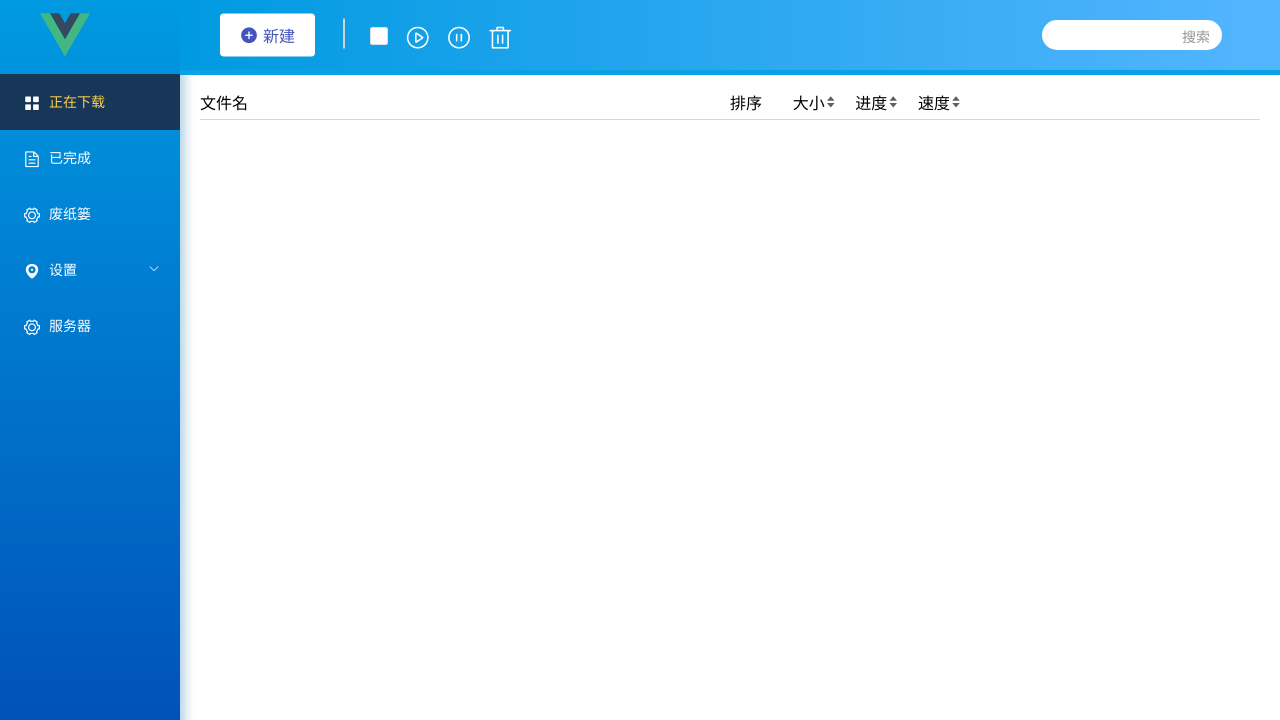
Repository: Ahui-qn/Aria2
Page: /
These files come from the project's save history. The page is drawn as it stood at one moment and after the next save; the edit follows.
The browser window is 1280 px wide. The pictures show the whole page.
The page's requests for data from a server got no answer. The project was rebuilt for these pictures with package versions that can differ from the ones it lists, and the page was loaded fresh each time. No one was signed in, and anything a server would have sent is missing. Also part of the build but not shown: src/components/Tables.vue.

Above is the page before, as saved 2021-11-03 11:32:12.

### src/main.js
import Vue from "vue";
import App from "./App.vue";
import router from "./router";
import store from "./store";
import Aria2Client from "./aria2-client.js"
import ElementUI from 'element-ui'
import 'element-ui/lib/theme-chalk/index.css'
import './assets/global.css'

Vue.use(ElementUI)


Vue.config.productionTip = false;

window.aria3 = new Aria2Client({
                    host: 'localhost',
                    port: 6800,
                    secret: '123456',
                })


new Vue({
  router,
  store,
  render: (h) => h(App),
}).$mount("#app");

### src/App.vue
<style lang="less" scopen>
* {
    margin: 0;
    padding: 0;
    box-sizing: border-box;
}
#app {
    display: flex;
    height: 100%;
     .el {
         height: 100%;
        .outmost-menu {
            border: none;
            width: 180px;
            height: 100%;
            box-shadow:5px 10px 10px 0px #0069994c;
            background-image:linear-gradient(#009ae1, #0052b9);
            padding-top: 10px;
            i {
                color: white;
            }
            .frist {
                margin-top: 14px;
            }
            img {
                display: block;
                width: 50px;
                margin-left: 40px;
            }
            .el-submenu {
                .el-menu {
                    background-color: #1c66ab;
                    .el-menu-item {
                        min-width: 0;
                    }
                    .el-menu-item:focus {   // 设置分组里focus颜色
                        background-color: #173658;
                    }
                    .el-menu-item-group__title {
                        display: none;
                    }
                }
            }
            .is-active {       //设置分组外层的focus颜色
                background-color: #173658;
            }
            .el-menu-item:hover {
                background-color: #173658;
            }

            .el-submenu__title:hover {
                background-color: #173658;
            }
        }
    }
    header {
        flex-grow: 1;
        nav {
            height: 70px;
            width: 100%;
            background-image:linear-gradient(to right, #009ae1, #54b5ff);
            position: relative;
            box-shadow:#09a2e9 0px 5px 0px 0px;
            .edit-status {
                height: 100%;
                padding-left:20px;
                .new {
                    margin-left: 20px;
                    background-color: #fff;
                    position: absolute;
                    color: #4355bd;
                    top: 50%;
                    transform: translateY(-50%);
                    border: none;
                    font-size: 16px;
                    a {
                        text-decoration:none;
                        color: #4355bd;
                    }
                    i {
                        font-size: 18px;
                    }
                }
                .new::after {
                    content: '';
                    height: 30px;
                    width: 2px;
                    background-color: rgb(210, 210, 210);
                    position: absolute;
                    top: 5px;
                    right: -30px;
                }
                .el-button-group::before {
                    content: none;
                }
                .el-button-group {
                    display: flex;
                    justify-content: space-between;
                    align-items: center;
                    padding: 0;
                    height: 50px;
                    width: 160px;
                    position: absolute;
                    left: 190px;
                    top:53%;
                    transform: translateY(-50%);
                    .el-checkbox__inner{
                        width: 18px;
                        height: 18px;
                    }
                    .el-checkbox__inner::after{
                        width: 7px;
                        height: 13px;
                        transform:rotate(42deg) scaleY(1) translate(-1px,-2px);
                    }

                    .el-button--primary {
                        border:none
                    }
                    .el-button{
                        background-color: rgba(255, 127, 80, 0);
                        border-radius: 0;
                        padding: 0;
                        i {
                            font-size: 25px;
                        }
                    }
                }
                label.search {
                    position: absolute;
                    top: 50%;
                    right: 50px;
                    transform: translateY(-50%);
                    span {
                        color: rgb(150, 150, 150);
                        position: absolute;
                        top: 6px;
                        right: 20px;
                        font-weight: 200;
                        font-size: 14px;
                    }
                    input {
                        width: 180px;
                        height: 30px;
                        border-radius: 999px;
                        border: none;
                        margin-right: 8px;
                        padding: 0 10px;
                    }
                }
            }
        }
    }
}
</style>

<template>
    <div id="app">
        <div class="el">
            <el-menu class="outmost-menu" text-color="#fff" active-text-color="#ffd04b" :router="true" :default-active="currentPath()">
                <img class="" src="./assets/logo.png" alt="" />
                <el-menu-item class="frist" index="/">
                    <i class="el-icon-menu"></i>
                    <span slot="title">正在下载</span>
                </el-menu-item>
                <el-menu-item index="/completed">
                    <i class="el-icon-document"></i>
                    <span slot="title">已完成</span>
                </el-menu-item>
                <el-menu-item index="/deleted">
                    <i class="el-icon-setting"></i>
                    <span slot="title">废纸篓</span>
                </el-menu-item>
                <el-submenu index="/settings">
                    <template slot="title">
                        <i class="el-icon-location"></i>
                        <span>设置</span>
                    </template>
                    <el-menu-item-group>
                        <el-menu-item index="/settings/basic">基础设置</el-menu-item>
                        <el-menu-item index="/settings/http">HTTP设置</el-menu-item>
                        <el-menu-item index="/settings/rpc">RPC设置</el-menu-item>
                        <el-menu-item index="/settings/advanced">高级设置</el-menu-item>
                    </el-menu-item-group>
                </el-submenu>
                <el-menu-item index="/server">
                    <i class="el-icon-setting"></i>
                    <span slot="title">服务器</span>
                </el-menu-item>
            </el-menu>
        </div>
        <header>
            <nav>
                <div class="edit-status">
                    <router-link to="/new">
                        <el-button type="primary" class="new" icon="el-icon-circle-plus">新建</el-button>
                    </router-link>
                    <el-button-group>
                        <el-checkbox @change="selectAll"></el-checkbox>   <!--全选按钮 ,拿取到当前组件的内容传递过去-->
                        <el-button type="primary" icon="el-icon-video-play" @click.native="editStatus('unpause')"></el-button>  <!--开始按钮-->
                        <el-button type="primary" icon="el-icon-video-pause" @click.native="editStatus('pause')"></el-button>  <!--暂停按钮-->
                        <el-button type="primary" icon="el-icon-delete" @click.native="editStatus('remove')"></el-button>   <!--删除按钮-->
                    </el-button-group>
                    <label class="search"><input type="text" /><span>搜索</span></label>
                </div>
            </nav>
            <router-view ></router-view>
        </header>
    </div>
</template>

<script>
import { mapMutations, mapActions } from 'vuex'

export default {
    name: 'App',
    data() {
        return {}
    },
    methods: {
         ...mapActions([
            'editStatus',
            ]),
        ...mapMutations([
            'selectAll',
            ]),
        currentPath() {
            return /\/\w*\/?/.exec(location.hash)[0]
        },
    },
}
</script>

### src/router/index.js
import Vue from 'vue'
import VueRouter from 'vue-router'
import Downloading from '../views/Downloading'

Vue.use(VueRouter)

const routes = [
    {
        path: '/',
        name: 'Downloading',
        component: Downloading,
    },
    {
        path: '/completed',
        name: 'Completed',
        component: () => import(/* webpackChunkName: "Completed" */ '../views/Completed.vue'),
    },
    {
        path: '/deleted',
        name: 'Deleted',
        component: () => import(/* webpackChunkName: "Deleted" */ '../views/Deleted.vue'),
    },
    {
        path: '/new',
        name: 'new',
        component: () => import(/* webpackChunkName: "newTask" */ '../views/NewTask.vue'),
    },
    {
        path: '/task/:gid',
        name: 'TaskDetails',
        component: () => import(/* webpackChunkName: "TaskDetails" */ '../views/TaskDetails.vue'),
    },
    {
        path: '/settings/:type',
        component: () => import(/* webpackChunkName: "setting" */ '../views/Setting.vue'),
    },

]

const router = new VueRouter({
    routes,
})

export default router

### src/store/index.js
import Vue from 'vue'
import Vuex from 'vuex'
import Aria2Client from '../aria2-client'
import { MessageBox } from 'element-ui';

Vue.use(Vuex)

export default new Vuex.Store({
    // strict: true,
    state: {
        tasks: [],    //正在下载任务列表，为多个对象
        search: '',   // 搜索功能输入的内容
        completeds: [],   // 已完成的task数据
        selected: [],
        aria2: new Aria2Client({
            host: 'localhost',
            port: 6800,
            secret: '123456',
        }),
    },
    getters: {
        showSearch(state) {   // 输入的内容匹配文件名字，搜索
            if (state.search == '') {
                return state.tasks
            }else {
                return state.tasks.filter(task => {
                    return task.files[0].path.toLowerCase().includes(state.search.toLowerCase())
                })
            }
        },
        getFileSize(state) {
            return function (task) {
                if (task.totalLength  > 1048576) {
                    return (task.totalLength / 1024 / 1024).toFixed(2) + ' MB'
                }else {
                    return (task.totalLength / 1024).toFixed(2) + ' KB'
                }
            }

        },
        getDownloadSpeed(state) {   // 当前下载速度
            return function (task) {
                if (task.status == 'paused') {
                    return '暂停中'
                }else if (task.status == 'waiting') {
                    return '等待中'
                }else  if (task.downloadSpeed == '0') {
                    return 0 + 'KB/s'
                }else if (task.downloadSpeed >= 1048576) {
                    return (task.downloadSpeed / 1024 / 1024).toFixed(2) + 'MB/s'
                }else {
                    return (task.downloadSpeed / 1024 ).toFixed(2) + 'KB/s'
                }

            }
        },
        getLinkName(state) {
            return function (task) {
                if (task.files?.[0].path) {  // 如果存在此文件
                    return task.files[0].path.split('/').at(-1) // path存在是一定有文件名的
                }else {
                    return task.files?.[0].uris?.[0].uri.split('/').at(-1) ?? '未知'
                }
            }
        },
        getProgress(state) {   // 当前下载进度，%显示
            return function (task) {
                if (task.completedLength == '0') {  // ???/等于000
                    return 0
                }else {
                    return Number((task.completedLength / task.totalLength * 100).toFixed(1))
                }
            }
        },
    },

    mutations: {
        selectedSwitch(state,task) {  // 切换选中selectedSwitch
                let idx = state.selected.indexOf(task.gid)
                if (idx == -1) {
                    state.selected.push(task.gid)  // 只传id
                }else {
                    state.selected.splice(idx, 1)
                }
        },
        selectAll (state) {    // 全部选择函数
            if (location.href.split('/').at(-1) == 'completed') { // 如果是在已完成页面
                if (state.selected.length == state.completeds.length) {
                    state.selected = []
                }else {
                    state.completeds.forEach((task) => {
                        state.selected.push(task.gid)
                    })
                }
            }else {  // 如果是在正在下载页面
                if (state.selected.length == state.tasks.length) {
                    state.selected = []  // 如果两个全都选中则清空数组
                }else {
                    state.tasks.forEach((task) => {
                        state.selected.push(task.gid)
                    })
                }
            }

        },
        handleSearchChange(state,e) {   // 搜索双向绑定
            state.search = e.target.value
        },
        updateList(state, tasks) {   // actions触发的task更新赋值函数
            state.tasks = tasks
        },
        editCompleteds(state, completeds) {
            state.completeds = completeds    // 将获取到的completeds赋值到新的completeds上
        }
    },

    actions: {
        async getCompletedName({commit,state}) {
            let completeds = [
                ...await state.aria2.tellStopped(0,1000)
            ]
            commit('editCompleteds', completeds)
        },
        async submit({state}, url) {
            await state.aria2.addUri([url])
       },
        async asyncUpdateList({ commit, state}) {     // Downloading组件页面每秒钟调用此函数更新数据
            let tasks = [
                ...await state.aria2.tellActive(),
                ...await state.aria2.tellWaiting(0,100)
            ]
            commit('updateList', tasks)
        },

        async editStatus({ state }, status) {   // 操作task删除、暂停、开始的操作
            if (status == 'remove') {
                try {
                   await MessageBox.confirm('确定删除？')   // element组件库的函数，返回一个promise
                }catch(e) {
                    return
                }
            }
            let selectedTask =  state.tasks.filter((task) => {
                return state.selected.includes(task.gid)
            })

            try {
                for (let task of selectedTask) {
                    if (task.status == 'active' && status == 'unpause') continue
                    if (task.status == 'pause' && status == 'pause') continue  // 如果不是这两个就是remove
                    await state.aria2[status](task.gid)   // 关与暂停、开始、删除操作都是传入gid
                    // 已删除的任务状态为removed，可以做已完成和已删除分类
            }
            } catch(e) {
                console.log('用element消息通知提示用户已暂停')
            }
            this.dispatch('asyncUpdateList')    // 调用上面的update更新状态
        },
    },

    modules: {},
})

### src/aria2-client.js
class Aria2Client {
    constructor(options) {
        this.options = options
        this.ws = new WebSocket(`ws://${options.host}:${options.port}/jsonrpc`)

        this.lastId = 1
        this.callbacks = {}  // 存储每个每次函数调用的回调函数

        this.connectPromise = new Promise((resolve, reject) => {  // 要么websocket处于连接成功状态，要么处于连接失败状态，正在连接中的话执行下面的forEach会报错
            this.ws.addEventListener('open', () => {
              resolve()
            })
            this.ws.addEventListener('error', (e) => {
              reject('WS_CONNECTION_ERROR')
            })
          })

        this.ws.addEventListener('message', (e) => {
            let data = JSON.parse(e.data)
            let callback = this.callbacks[data.id]  // 无论data是error还是result都带着此次会话id
            delete this.callbacks[data.id]
            if (typeof callback == 'function') {
                callback(data)
            }
        })
    }
}


   ;[
    "addUri",
    "addTorrent",
    "getPeers",
    "addMetalink",
    "remove",
    "pause",
    "forcePause",
    "pauseAll",
    "forcePauseAll",
    "unpause",
    "unpauseAll",
    "forceRemove",
    "changePosition",
    "tellStatus",
    "getUris",
    "getFiles",
    "getServers",
    "tellActive",
    "tellWaiting",
    "tellStopped",
    "getOption",
    "changeUri",
    "changeOption",
    "getGlobalOption",
    "changeGlobalOption",
    "purgeDownloadResult",
    "removeDownloadResult",
    "getVersion",
    "getSessionInfo",
    "shutdown",
    "forceShutdown",
    "getGlobalStat",
    "saveSession"
    ].forEach(methodName => {
        Aria2Client.prototype[methodName] = function (...args) {  // ...args为每个函数的 『 第一个参数之后 』的每个参数
            return this.connectPromise.then(() => {   //

                return new Promise((resolve, reject) => {
                    let id = this.lastId++
                    this.callbacks[id] = function (data) {  //ws.message事件触发调用callback说明data收到
                        if (data.error) {  // 如果data放回的是一个error说明出错
                            reject(data.error)
                        }else {
                            resolve(data.result)    //拿到结果，promise状态确定
                        }
                    }
                    this.ws.send(JSON.stringify({
                        jsonrpc : '2.0',
                        id : id,
                        method: 'aria2.' + methodName,
                        params: [`token:${this.options.secret}`, ...args]
                    }))
                })

            })
        }
    })




    export default Aria2Client

### src/assets/global.css
html, body {
    height: 100%;
    width: 100%;
}

### src/views/Downloading.vue
<style scoped lang="less">
</style>

<template>
    <div id="dowloading">
        <Header :isShowSpeed="true"/>
        <Tables
            v-for="(task) of showSearch"
            @click.native="selectedSwitch(task)"
            :key="task.gid"
            :filename="getLinkName(task)"
            :filesize="getFileSize(task)"
            :progress="getProgress(task)"
            :speed="getDownloadSpeed(task)"
            :selected="selected"
            :task="task"
        />
    </div>
</template>

<script>

import { mapState , mapMutations, mapGetters,  mapActions} from "vuex"
import Header from '../components/Header.vue'
import Tables from  "../components/Tables.vue"
export default {
    name:'downloading',
    data() {
        return {}
    },
    components: {
        Tables,
        Header,
    },
    mounted() {
        this.$store.dispatch('asyncUpdateList')
        this.IntervalId = setInterval(() => {
            this.$store.dispatch('asyncUpdateList')
        },1000)
    },

    beforeDestroy() {
        clearInterval(this.IntervalId)
    },
    computed : {
        ...mapState(['selected']),
        ...mapGetters([
            'showSearch',
            'getLinkName',
            'getProgress',
            'getDownloadSpeed',
            'getFileSize'
            ]),
    },
    methods :{
        ...mapActions(['editStatus']),
        ...mapMutations([   // 函数作用注释在store里
            'selectedSwitch',
            'selectAll',
            'updateList',
            'handleSearchChange',
            ]),
    },
}
</script>

### src/components/Header.vue
<style scoped lang="less">
    .classify {
        margin: 20px;
        font-size: 16px;
        position: relative;
        height: 30px;
        border-bottom: 1px rgba(198, 198, 198, 0.715) solid;
        div.container {
            position: absolute;
            top: 0;
            left: 50%;
            display: flex;
            width: 220px;
            justify-content: space-between;
            div {
                position: relative;
                i {
                    position: absolute;
                    font-size: 12px;
                    color: rgb(94, 94, 94);
                }
                i:nth-of-type(1) {
                    top: 3px;
                }
                i:nth-of-type(2) {
                    top: 9px;
                }
            }
        }
}
</style>
<template>
    <div>
        <header class="classify">
            <span>文件名</span>
            <div class="container">
                <p>排序</p>
                <div>
                    <span>大小</span>
                    <i class="el-icon-caret-top"></i>
                    <i class="el-icon-caret-bottom"></i>
                </div>
                <div>
                    <span>进度</span>
                    <i class="el-icon-caret-top"></i>
                    <i class="el-icon-caret-bottom"></i>
                </div>
                <div v-show="isShowSpeed">
                    <span>速度</span>
                     <i class="el-icon-caret-top"></i>
                     <i class="el-icon-caret-bottom"></i>
                </div>
            </div>
        </header>
    </div>
</template>
<script>
export default {
    name: 'Header',
    props: {
        isShowSpeed: {
            type: Boolean,
            required: false,
            default: true
        }
    }
}
</script>

Loaded but not shown: public/index.html (common file)

After the next save:
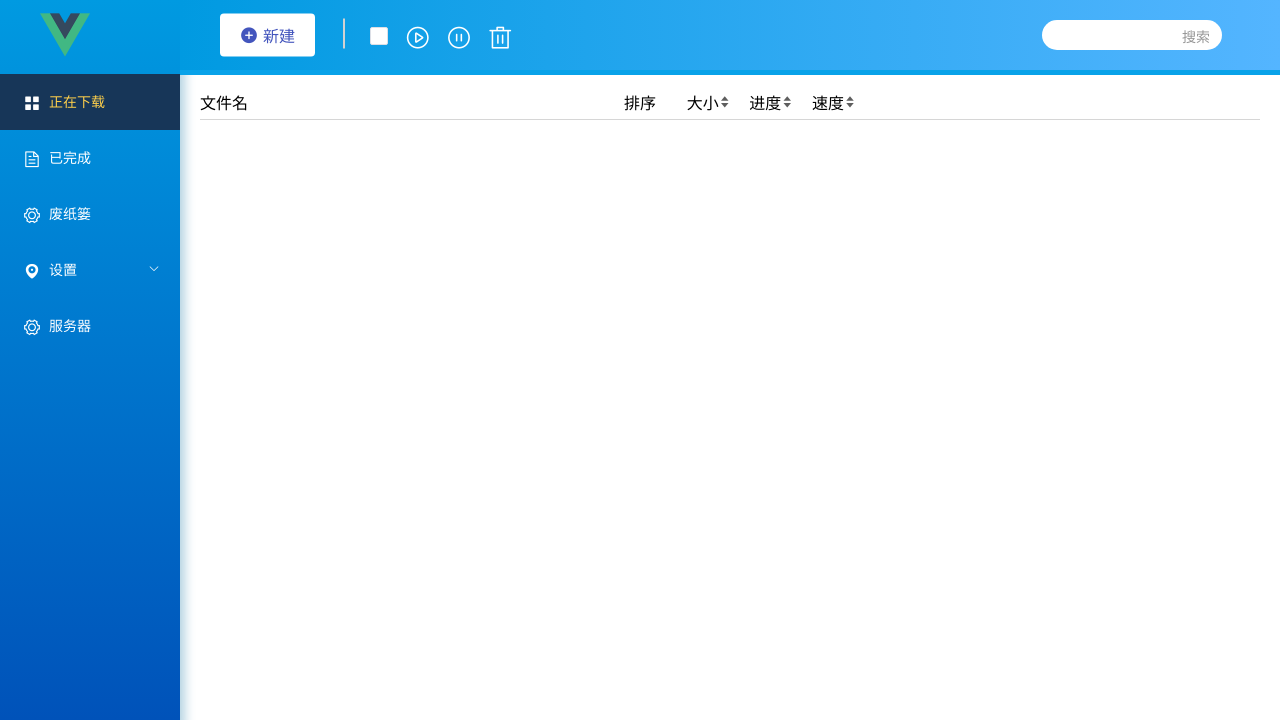
Saved 4 s later.
--- a/src/components/Header.vue
+++ b/src/components/Header.vue
@@ -8,7 +8,7 @@
         div.container {
             position: absolute;
             top: 0;
-            left: 50%;
+            left: 40%;
             display: flex;
             width: 220px;
             justify-content: space-between;
